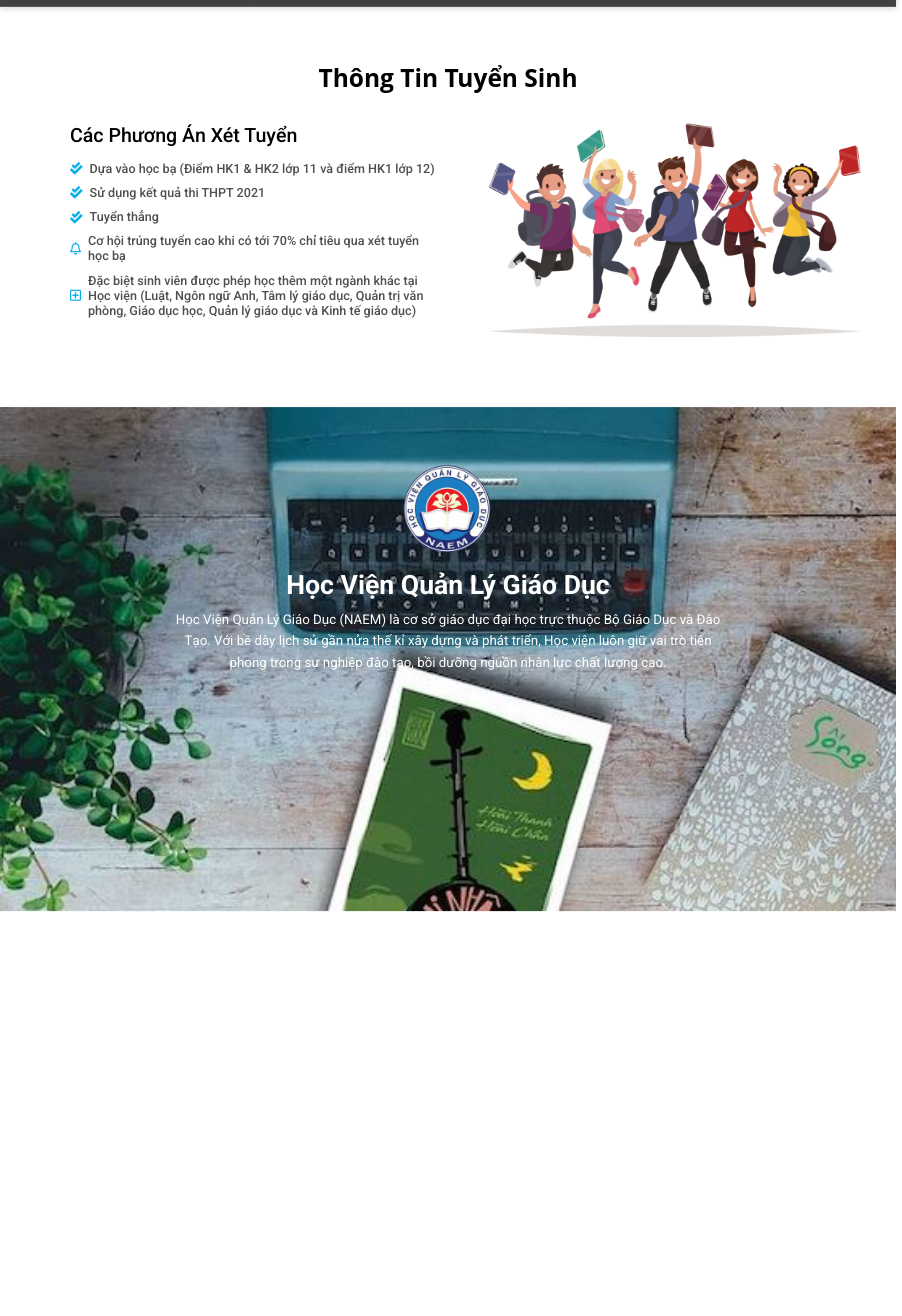
Repository: hongphuck1/trangweb1
Page: index.html
An editor plug-in stored every save of this project. The page is shown before and after the next save, followed by the edit.
The browser window is 1280 px wide. The page is 1288 px wide, so the pictures cover 1288 px, including what lies to the right of the window. The pictures show the part of the page from y = 652 to 2532 px (the page is 4941 px tall), at 70% of full size.
Pictures or frames that could not be fetched are drawn as grey boxes.

Above is the page before, as saved 2021-09-07 01:35:32.

### index.html
<!DOCTYPE html>
<html lang="en">

<head>
  <meta charset="UTF-8" />
  <meta name="viewport" content="width=device-width, initial-scale=1, shrink-to-fit=no" />
  <meta http-equiv="x-ua-compatible" content="ie=edge" />
  <title>Material Design for Bootstrap</title>
  <!-- MDB icon -->
  <link rel="icon" href="img/SSS1.png" type="image/x-icon" />
  <!-- Font Awesome -->
  <link rel="stylesheet" href="https://use.fontawesome.com/releases/v5.15.2/css/all.css" />
  <!-- Google Fonts Roboto -->
  <link rel="stylesheet" href="https://fonts.googleapis.com/css2?family=Roboto:wght@300;400;500;700;900&display=swap" />
  <!-- MDB -->
  <link rel="stylesheet" href="css/style.css" />
  <link rel="stylesheet" href="css/base.css" />
  <link rel="stylesheet" href="css/grid.css" />
  <link rel="stylesheet" href="css/mdb.min.css" />
</head>

<body>
  <!-- Start your project here-->
  <div class="main">
    <!--Main Navigation-->
    <header>


      <!-- Navbar -->
      <nav class="navbar--opacity navbar navbar-expand-lg navbar-light fixed-top mask-custom shadow-0">
        <div class="container">

          <a class="navbar-brand nav-link" target="_blank" href="https://mdbootstrap.com/docs/standard/">
            <strong style="font-size: 2.2rem;">MRC</strong>
          </a>
          <button class="navbar-toggler navbar-toggler--opacity" type="button" data-mdb-toggle="collapse"
            data-mdb-target="#navbarSupportedContent" aria-controls="navbarSupportedContent" aria-expanded="false"
            aria-label="Toggle navigation">
            <i style="color: #ccc" class="fas fa-bars"></i>
          </button>
          <div class="collapse navbar-collapse" id="navbarSupportedContent">
            <ul class="navbar-nav me-auto mb-2 mb-lg-0">
              <li class="nav-item active">
                <a class="nav-link" aria-current="page" href="#intro">Giới thiệu</a>
              </li>
              <li class="nav-item">
                <a class="nav-link" href="https://www.facebook.com/MRC.NAEM" rel="nofollow" target="_blank">Hỏi đáp</a>
              </li>
              <li class="nav-item">
                <a class="nav-link" href="https://www.facebook.com/MRC.NAEM" target="_blank">Bài viết</a>
              </li>
              <li class="nav-item">
                <a class="nav-link" href="https://www.facebook.com/messages/t/101815085369835" target="_blank">Liên
                  hệ</a>
              </li>
            </ul>
            <ul class="navbar-nav list-inline">
              <!-- Icons -->
              <li class="">
                <a class="nav-link" href="https://www.youtube.com/channel/UCjl0s7v8m8V4IzuAS1fH-iA" rel="nofollow"
                  target="_blank">
                  <i class="fab fa-youtube"></i>
                </a>
              </li>
              <li class="">
                <a class="nav-link" href="https://www.facebook.com/MRC.NAEM" rel="nofollow" target="_blank">
                  <i class="fab fa-facebook-f"></i>
                </a>
              </li>
              <li class="nav-item">
                <a class="nav-link" href="https://www.tiktok.com/@mrcnaem" rel="nofollow" target="_blank">
                  <i class="fab fa-tiktok"></i>
                </a>
              </li>
              <li class="nav-item">
                <a class="nav-link" href="tel: 0349167687" rel="nofollow" target="_blank">
                  <i class="fas fa-envelope"></i>
                </a>
              </li>
            </ul>
          </div>
        </div>
      </nav>

      <!-- Carousel wrapper -->
      <div id="introCarousel" class="carousel slide carousel-fade shadow-2-strong" data-mdb-ride="carousel">
        <!-- Indicators -->
        <ol class="carousel-indicators">
          <li data-mdb-target="#introCarousel" data-mdb-slide-to="0" class="active"></li>
          <li data-mdb-target="#introCarousel" data-mdb-slide-to="1"></li>
          <li data-mdb-target="#introCarousel" data-mdb-slide-to="2"></li>
        </ol>

        <!-- Inner -->
        <div class="carousel-inner">
          <!-- Single item -->
          <div class="carousel-item active">
            <div class="mask" style="background-color: rgba(0, 0, 0, 0.6);">
              <div class="d-flex justify-content-center align-items-center h-100">
                <div class="text-white text-center">
                  <h1 style="font-size: 2.4rem;" class="mb-3">CLB TUYỂN SINH VÀ TRUYỀN THÔNG - MRC NAEM</h1>
                  <h5 style="font-size: 1.2rem;" class="mb-4">Hỗ trợ tư vấn - hướng nghiệp, trả lời những thắc mắc cho
                    học sinh và phụ huynh.</h5>

                  <a style="font-size: 1.8rem; " class="btn-DANGKI btn btn-outline-light btn-lg m-2"
                    href="https://www.facebook.com/MRC.NAEM" target="_blank" role="button">Đăng kí ngay</a>
                </div>
              </div>
            </div>
          </div>

          <!-- Single item -->
          <div class="carousel-item">
            <div class="mask" style="background-color: rgba(0, 0, 0, 0.3);">
              <div class="d-flex justify-content-center align-items-center h-100">
                <div class="text-white text-center">
                  <h1 style="font-size: 2.4rem;" class="mb-3">CLB TUYỂN SINH VÀ TRUYỀN THÔNG - MRC NAEM</h1>
                  <h5 style="font-size: 1.2rem;" class="mb-4">Hỗ trợ tư vấn - hướng nghiệp, trả lời những thắc mắc cho
                    học sinh và phụ huynh.</h5>

                  <a style="font-size: 1.8rem; " class="btn-DANGKI btn btn-outline-light btn-lg m-2"
                    href="https://www.facebook.com/MRC.NAEM" target="_blank" role="button">Đăng kí ngay</a>
                </div>
              </div>
            </div>
          </div>

          <!-- Single item -->
          <div class="carousel-item">
            <div class="mask" style="
                background: linear-gradient(
                  45deg,
                  rgba(29, 236, 197, 0.7),
                  rgba(91, 14, 214, 0.7) 100%
                );
              ">
              <div class="d-flex justify-content-center align-items-center h-100">
                <div class="text-white text-center">
                  <h1 style="font-size: 2.4rem;" class="mb-3">CLB TUYỂN SINH VÀ TRUYỀN THÔNG - MRC NAEM</h1>
                  <h5 style="font-size: 1.2rem;" class="mb-4">Hỗ trợ tư vấn - hướng nghiệp, trả lời những thắc mắc cho
                    học sinh và phụ huynh.</h5>

                  <a style="font-size: 1.8rem; " class="btn-DANGKI btn btn-outline-light btn-lg m-2"
                    href="https://www.facebook.com/MRC.NAEM" target="_blank" role="button">Đăng kí ngay</a>
                </div>
              </div>
            </div>
          </div>
        </div>
        <!-- Inner -->

        <!-- Controls -->
        <a class="carousel-control-prev" href="#introCarousel" role="button" data-mdb-slide="prev">
          <span class="carousel-control-prev-icon" aria-hidden="true"></span>
          <span class="sr-only">Previous</span>
        </a>
        <a class="carousel-control-next" href="#introCarousel" role="button" data-mdb-slide="next">
          <span class="carousel-control-next-icon" aria-hidden="true"></span>
          <span class="sr-only">Next</span>
        </a>
      </div>
      <!-- Carousel wrapper -->
    </header>


    <section>
      <div class="container-body">
        <div class="container-body-name">
          <h1>Thông Tin Tuyển Sinh</h1>
        </div>

        <div class="row">
          <div class="col l-6">
            <div class="container-body-content">
              <h2 class="container-body-content__name">Các Phương Án Xét Tuyển</h2>
              <div class="container-body-content-attention">
                <i class="fas fa-check-double"></i>
                <h4>Dựa vào học bạ (Điểm HK1 & HK2 lớp 11 và điểm HK1 lớp 12)</h4>
              </div>
              <div class="container-body-content-attention">
                <i class="fas fa-check-double"></i>
                <h4>Sử dụng kết quả thi THPT 2021</h4>
              </div>
              <div class="container-body-content-attention">
                <i class="fas fa-check-double"></i>

                <h4>Tuyển thẳng</h4>
              </div>
              <div class="container-body-content-attention">
                <i class="far fa-bell"></i>
                <h4>Cơ hội trúng tuyển cao khi có tới 70% chỉ tiêu qua xét tuyển học bạ</h4>
              </div>
              <div class="container-body-content-attention">
                <i class="far fa-plus-square"></i>
                <h4>Đặc biệt sinh viên được phép học thêm một ngành khác tại Học viện (Luật, Ngôn ngữ Anh, Tâm lý giáo
                  dục, Quản trị văn phòng, Giáo dục học, Quản lý giáo dục và Kinh tế giáo dục)</h4>
              </div>
            </div>
          </div>
          <div class="col l-6">
            <div class="container-body-img">
              <img src="img/klipartz.com_-1024x586.png" alt="">
            </div>
          </div>
        </div>


      </div>

      <div class="container-body-review">
        <div class="grid wide">
          <div class="row">
            <div class="col l-12">
              <img src="img/1-1.png" alt="">
              <div class="container-body-review__name">
                Học Viện Quản Lý Giáo Dục
              </div>
              <div class="container-body-review__title">
                Học Viện Quản Lý Giáo Dục (NAEM) là cơ sở giáo dục đại học trực thuộc Bộ Giáo Dục và Đào Tạo. Với bề dày lịch sử gần nửa thế kỉ xây dựng và phát triển, Học viện luôn giữ vai trò tiên phong trong sự nghiệp đào tạo, bồi dưỡng nguồn nhân lực chất lượng cao.
              </div>
            </div>
        </div>
      </div>



    </section>

  </div>
  <!--Main Navigation-->
  <!-- End your project here-->

  <!-- MDB -->
  <script type="text/javascript" src="js/mdb.min.js"></script>
  <!-- Custom scripts -->
  <script type="text/javascript"></script>
</body>

</html>

### css/style.css

.main {

    height: 1000px;
}

/* Carousel styling */
#introCarousel,
.carousel-inner,
.carousel-item,
.carousel-item.active {
  height: 100vh;
}

.carousel-item:nth-child(1) {
  background-image: url('https://mdbootstrap.com/img/Photos/Others/images/76.jpg');
  background-repeat: no-repeat;
  background-size: cover;
  background-position: center center;
}

.carousel-item:nth-child(2) {
  background-image: url('https://mdbootstrap.com/img/Photos/Others/images/77.jpg');
  background-repeat: no-repeat;
  background-size: cover;
  background-position: center center;
}

.carousel-item:nth-child(3) {
  background-image: url('https://mdbootstrap.com/img/Photos/Others/images/78.jpg');
  background-repeat: no-repeat;
  background-size: cover;
  background-position: center center;
}

/* Height for devices larger than 576px */
@media (min-width: 992px) {
  #introCarousel {
    margin-top: -58.59px;
  }
}

.navbar .nav-link {
  color: #fff !important;
}



/* trèn đè css boottraps */

.nav-link {
  /* padding: 1.2rem 1rem !important; */
  font-size: 1.6rem;
  padding-right: 20px !important;
}

.nav-link:hover {
  /* padding: 1.2rem 1rem !important; */
  color: yellow !important;
  transition: color 0.5s ;
}


.btn-DANGKI:hover {
  color: yellow !important;
  border: 1px solid yellow !important;
  transition: 0.5s ;
}

.navbar-dark .navbar-toggler, .navbar-light .navbar-toggler {
  display: block;
}

.navbar--opacity {
  background-color: rgba(1,1,1,0.2);
}


@media only screen and (max-width: 600px) {
 .text-center h1 {
    font-size: 2.7rem !important;
    padding: 20px 0;
  }
  .carousel-control-next, .carousel-control-prev{
    display: none !important;
  }
  .text-center h5{
    padding: 0 20px;
    line-height: 1.9rem !important;
    font-size: 1.4rem !important;
  }
}


@import url('https://fonts.googleapis.com/css2?family=Poppins:wght@300;400;600;700&display=swap');
  :root {
    --primary: #08aeea;
    --secondary: #13D2B8;
    --purple: #bd93f9;
    --pink: #ff6bcb;
    --blue: #8be9fd;
    --gray: #333;
    --font: "Poppins", sans-serif;
    --gradient: linear-gradient(40deg, #ff6ec4, #7873f5);
    --shadow: 0 0 15px 0 rgba(0,0,0,0.05);
  }
  *,
  *:before,
  *:after {
    box-sizing: border-box;
  }
  html {
    font-size: 62.5%;
  }

  body {
    font-family: var(--font);
    font-size: 1.4rem;
    overflow-x: hidden;
    font-weight: 300;
  }

  img {
    display: block;
    max-width: 100%;
  }

  a {
    text-decoration: none;
  }

  input,
  button,
  textarea,
  select {
    font-family: var(--font);
    font-size: 1.4rem;
    font-weight: 300;
    outline: none;
    border: 0;
    margin: 0;
    padding: 0;
    border-radius: 0;
    -webkit-appearance: none;
  }

  button {
    cursor: pointer;
  }

          .simple-card {
            background-color: white;
            border-radius: 2rem;
            padding: 1.5rem;
            box-shadow: var(--shadow);
          }
          .simple-card-image {
            position: relative;
            height: 0;
            padding-bottom: 56.25%;
          }
          .simple-card-image > img {
            position: absolute;
            top: 0;
            left: 0;
            width: 100%;
            height: 100%;
            object-fit: cover;
            border-radius: 1rem;
          }
          .simple-card-content {
            padding: 3rem 1rem;
          }
          .simple-card-title {
            font-weight: 500;
            font-size: 2rem;
            line-height: 1.6;
            margin-bottom: 1.5rem;
            color: #2b2b2b;
          }
          .simple-card-desc {
            color: #c7cbdc;
            font-weight: 300;
            line-height: 1.6;
            font-size: 1.4rem;
            margin-bottom: 3rem;
          }
          .simple-card-line {
            width: 30%;
            height: 2px;
            margin-left: auto;
            background-color: var(--primary);
          }

          .container-body{
            padding-top: 40px;
            padding-bottom: 100px;
          }
          .container-body-name{
            text-align: center;
            padding: 40px 0 ;
          }
          .container-body-name h1{
            color: #000000;
            font-family: "Open Sans", Sans-serif;
            font-size: 35px;
            font-weight: 700;
            text-transform: capitalize;
          }

          .container-body-content{
           padding-left: 100px;
          }
          .container-body-content__name{
           font-size: 2.8rem;
           color: #000000;
           padding-bottom: 10px;
          }
          .container-body-content-attention{
          display: flex;
          align-items: center;
          padding: 4px 0;
          }
          .container-body-content-attention i{
            transform: translateY(-15%);
            padding-right: 10px;
            font-size: 1.8rem;
            color: var(--primary);
          }
          .container-body-content-attention h4{
            font-size: 1.8rem;
          }

          .container-body-img{
          padding: 0 50px ;
          }

.container-body-review {
  background-image: url(../img/cover-review-sach-thi-nhan-viet-nam.jpeg);
  background-repeat: no-repeat;
  background-size: cover;
  height: 100vh;

}

.container-body-review img {
  width: 150px;
  margin: auto;
  padding-top: 70px;
}


.container-body-review__name, .container-body-review__title {
  text-align: center;
  color: white;

}

.container-body-review__name {
  font-size: 3.8rem;
  padding: 4px 0;
  font-weight: 600;
}

.container-body-review__title {
  font-size: 1.9rem;
  padding: 0 200px;
}

### css/base.css
:root {
    --white-color: #fff;
    --black-color: #000;
    --text-color: rgb(110, 109, 109);
    --primary-color: #6EC1E4;
    --primary-color-sub: #fd3f00;
    --border-color: #dbdbdb;

    --header: 109px;
    --header-top: 36px;
    --navbar-height: 27px;
    --header-with-search-height: calc(var(--header-height) - var(--navbar-height));
    --header-sort-bar-height: 46px;
}


* {
    margin: 0;
    padding: 0;
    box-sizing: border-box;

}
.no-copy__text {
    user-select: none;
}
html {
    font-size: 62.5%;
    line-height: 1.6rem;
    font-family: 'Roboto', sans-serif;

    /* user-select: none;   không cho copy text */
}

body {
    height: 5000px;
}
@media only screen and  (max-width: 1000px) and (min-width: 700px) {
    html {
    }
}

Loaded but not shown: css/mdb.min.css (library); js/mdb.min.js (library); css/grid.css (590 lines, source omitted)

After the next save:
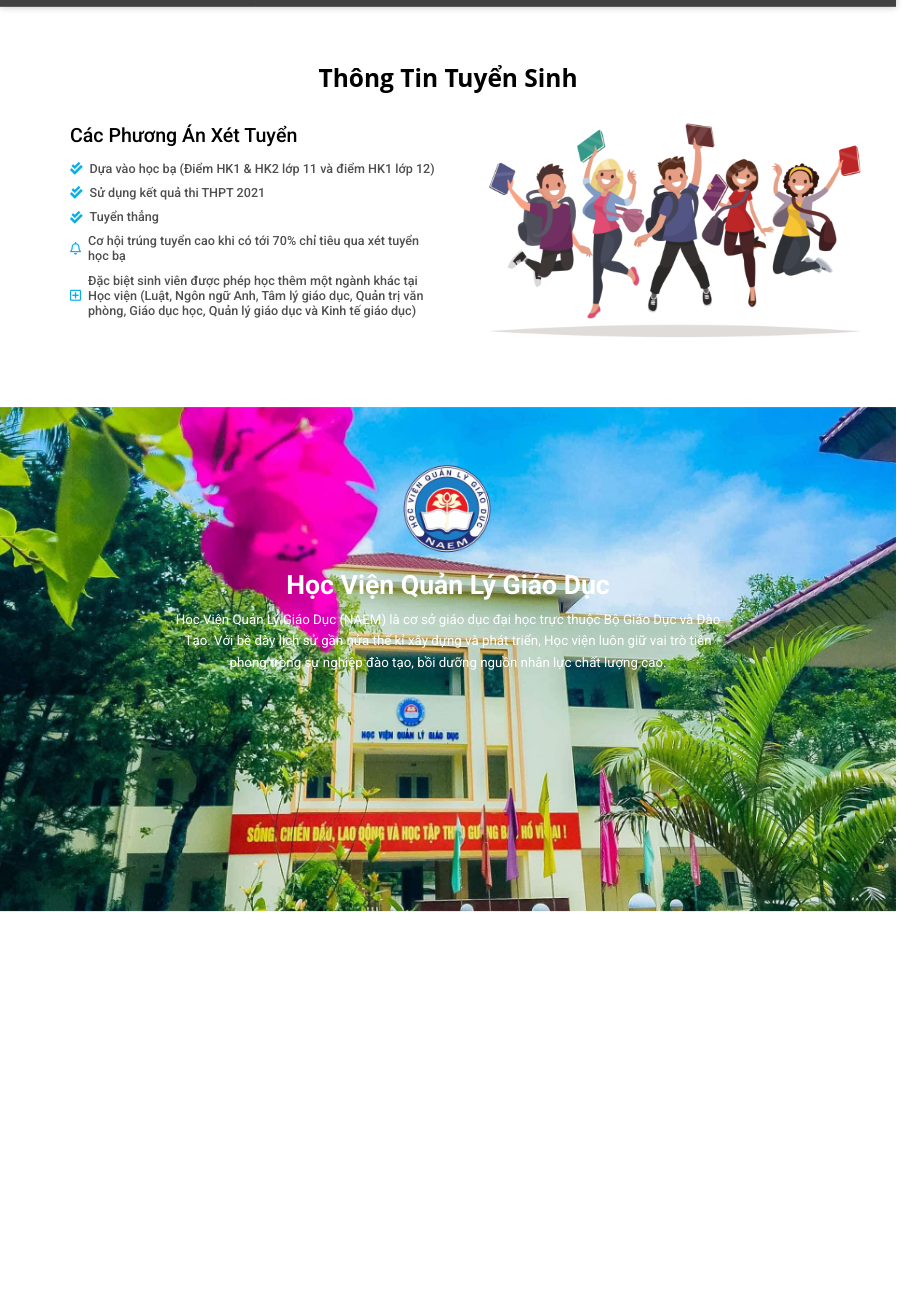
Saved 55 s later.
--- a/css/style.css
+++ b/css/style.css
@@ -236,7 +236,7 @@
           }
 
 .container-body-review {
-  background-image: url(../img/cover-review-sach-thi-nhan-viet-nam.jpeg);
+  background-image: url(../img/221685324_210019654383048_3721932711639813172_n.jpg);
   background-repeat: no-repeat;
   background-size: cover;
   height: 100vh;
